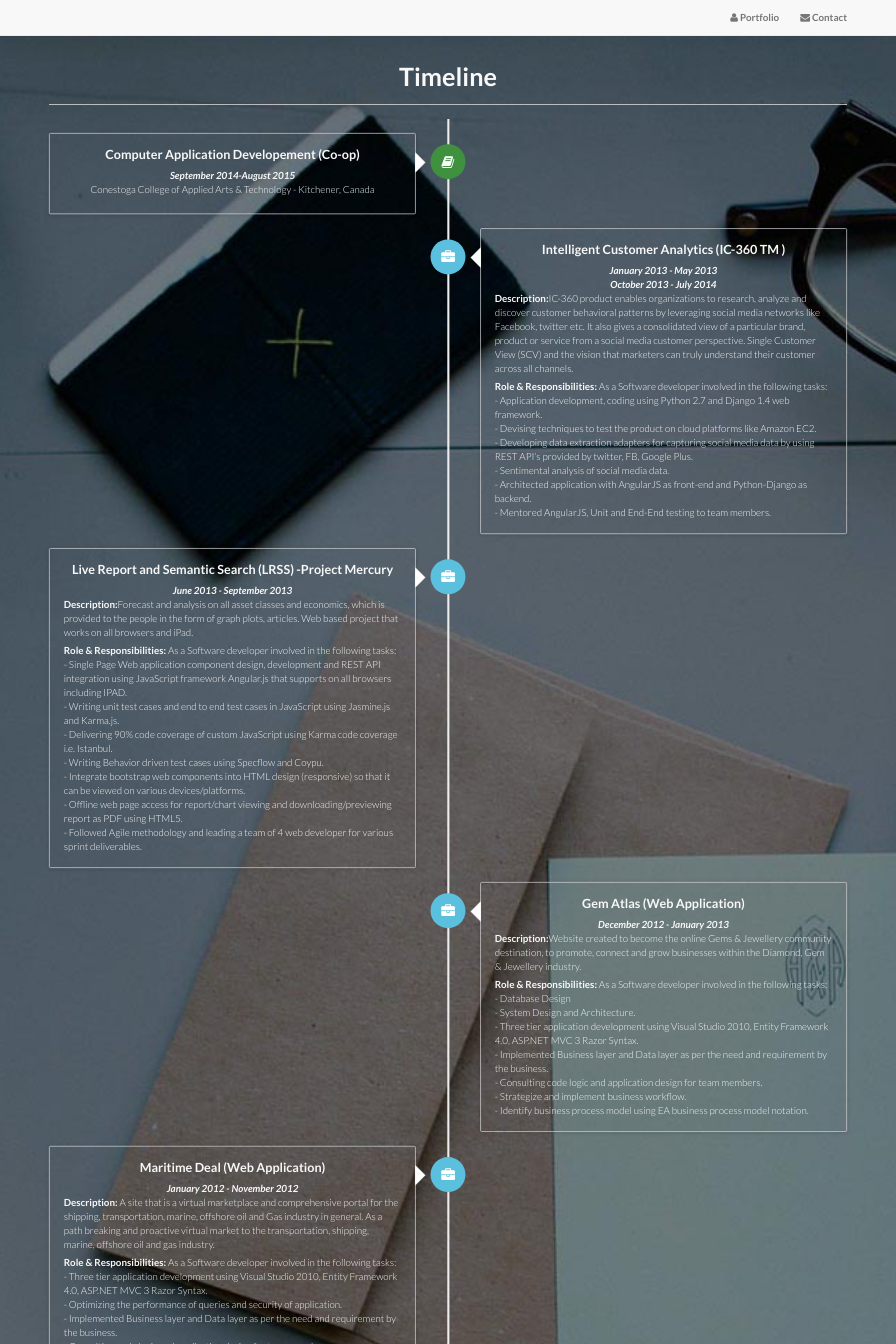
Repository: zahidmak/zahidmak.github.io
Page: portfolio.html
The author's editor kept a record of every edit. The page is drawn from the files as they stood at one moment, then again after the next edit.
The browser window is 1280 px wide. The pictures show the part of the page from y = 0 to 1920 px (the page is 2676 px tall before and 2813 px after), at 70% of full size.

Above is the page before.

After the next edit:
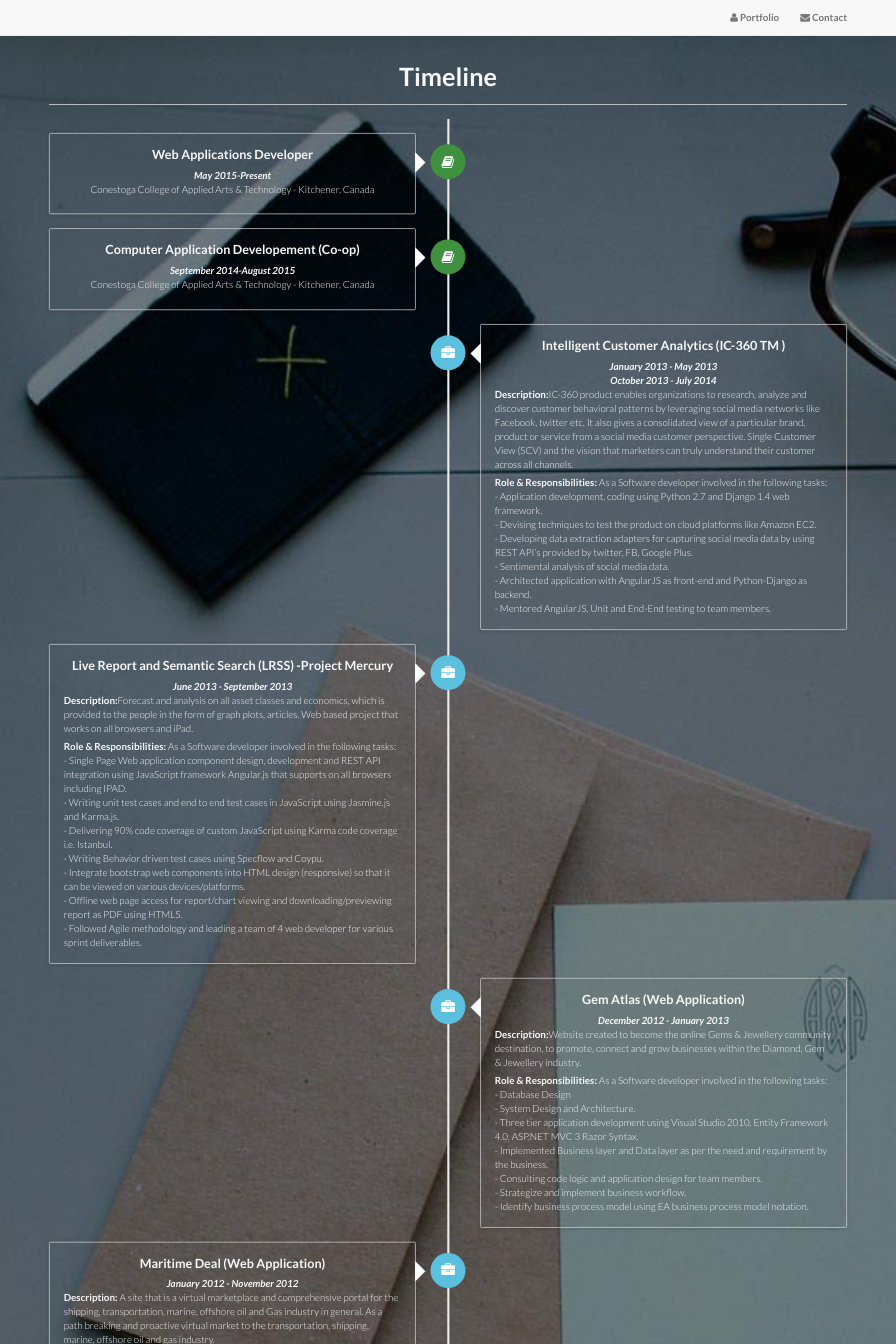
The edit:
--- a/portfolio.html
+++ b/portfolio.html
@@ -101,6 +101,21 @@
                     </div>
                     <div class="timeline-panel">
                         <div class="timeline-heading">
+                            <h4 class="timeline-title">Web Applications Developer</h4>
+                            <i>May 2015-Present</i>
+                        </div>
+                        <div class="timeline-body" >
+                            <p> Conestoga College of Applied Arts & Technology - Kitchener, Canada</p>
+
+                            </p>
+                        </div>
+                    </div>
+                </li>
+                <li>
+                    <div class="timeline-badge success"><i class="fa fa-book"></i>
+                    </div>
+                    <div class="timeline-panel">
+                        <div class="timeline-heading">
                             <h4 class="timeline-title">Computer Application Developement (Co-op)</h4>
                             <i>September 2014-August 2015</i>
                         </div>
